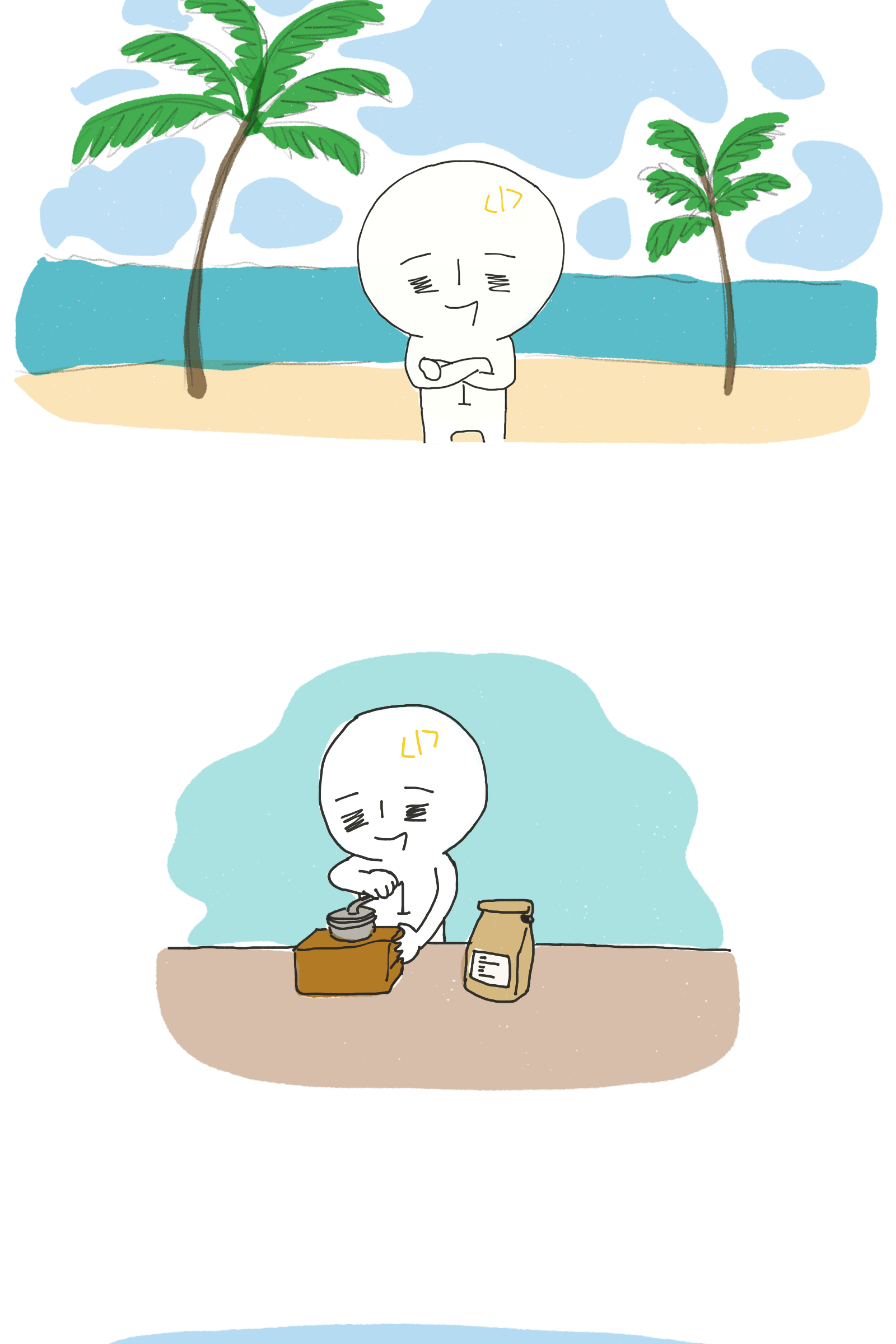
Repository: westone034626/ReactPractice
Page: /
These files come from the project's save history. The page is drawn as it stood at one moment and after the next save; the edit follows.
The browser window is 1280 px wide. The pictures show the part of the page from y = 449 to 2369 px (the page is 9969 px tall before and 9105 px after), at 70% of full size.
The project was rebuilt for these pictures with package versions that can differ from the ones it lists, and the page was loaded fresh each time. Also part of the build but not shown: src/App.css.

Above is the page before, as saved 2021-10-31 23:30:15.

After the next save:
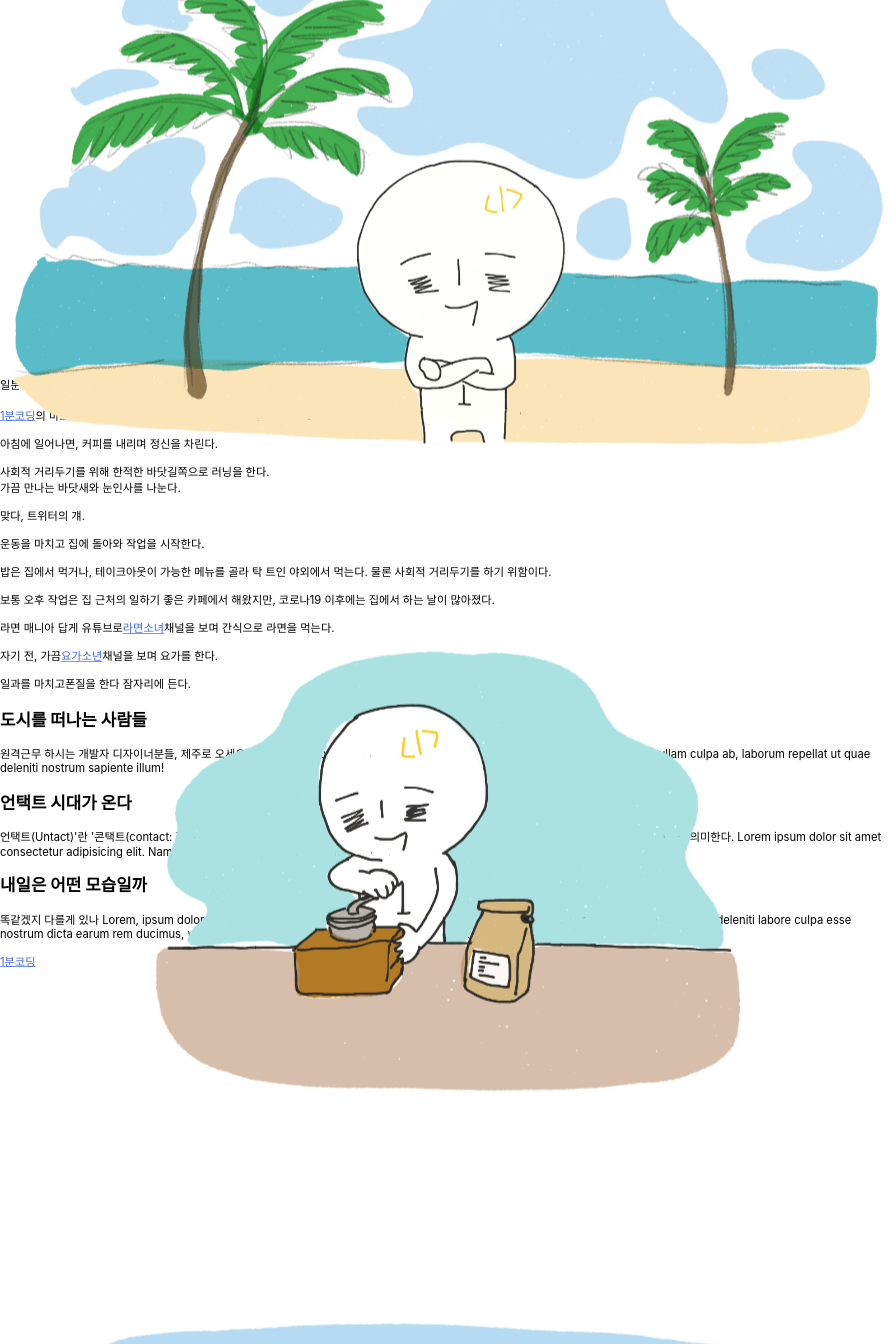
Saved 5 s later.
--- a/src/App.js
+++ b/src/App.js
@@ -29,7 +29,7 @@ function App() {
         </div>
       </div>
       <div className={styles.scrollContent}>
-        <div className="scrollGraphic">
+        <div className={styles.scrollGraphic}>
           <div className="graphicItem">
             <img className="sceneImg" src="img/00.png" alt="" />
           </div>
